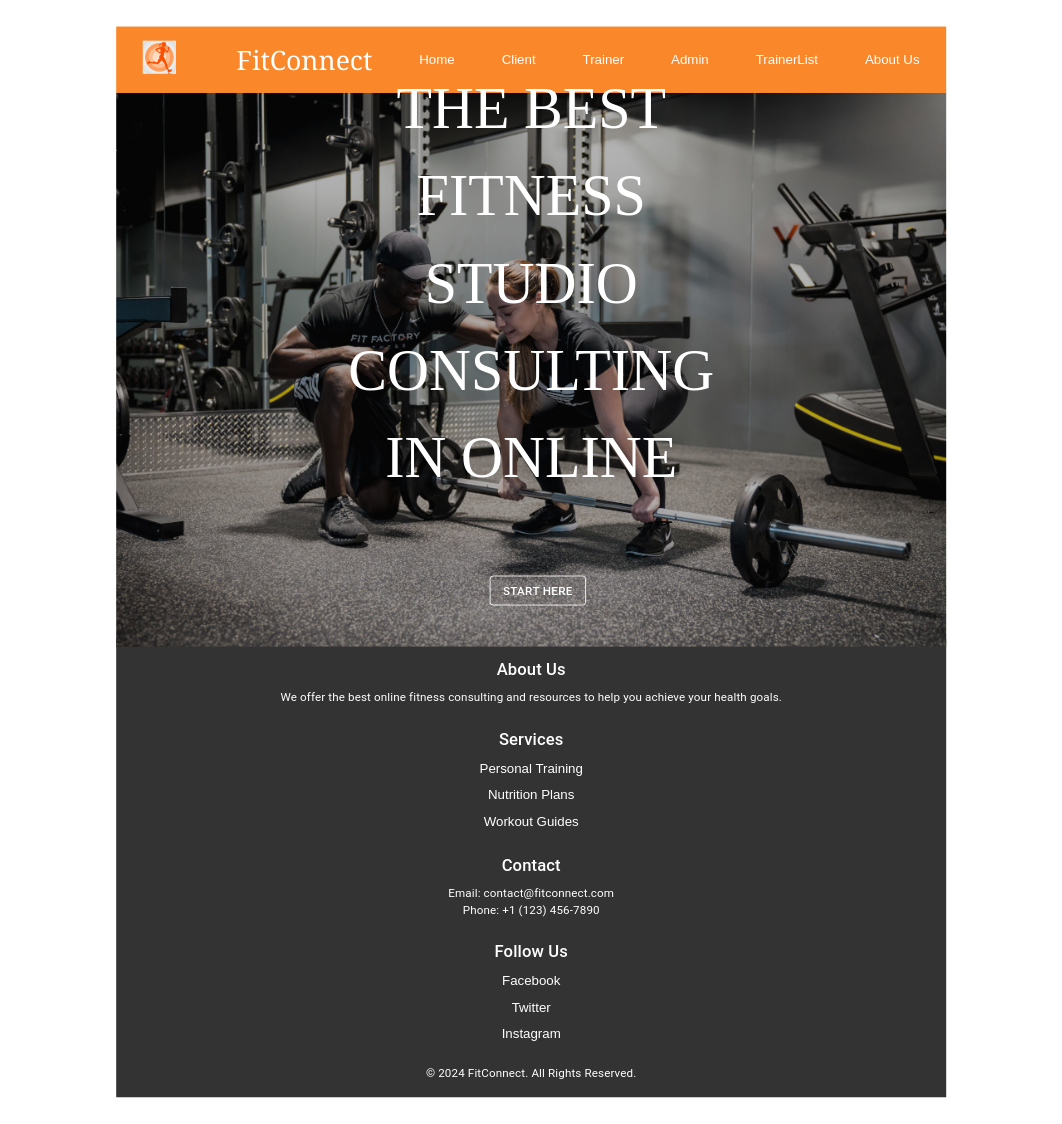
Repository: sarathraj2002/fitconnect
Page: / (app in Frontend/)
An editor plug-in stored every save of this project. The page is shown before and after the next save, followed by the edit.
The browser window is 1280 px wide. The pictures show the whole page, at 83% of full size.
The project was rebuilt for these pictures with package versions that can differ from the ones it lists, and the page was loaded fresh each time. Also part of the build but not shown: Frontend/vite.config.js, Frontend/src/components/ClientPage.jsx, Frontend/src/components/TrainerPage.jsx, Frontend/src/components/AdminPage.jsx, Frontend/src/components/TrainerListPage.jsx, Frontend/src/components/AboutUs.jsx, Frontend/src/components/ClientRegister.css, Frontend/src/components/ClientRegister.jsx and 1 more.

Above is the page before, as saved 2024-11-11 23:38:12.

After the next save:
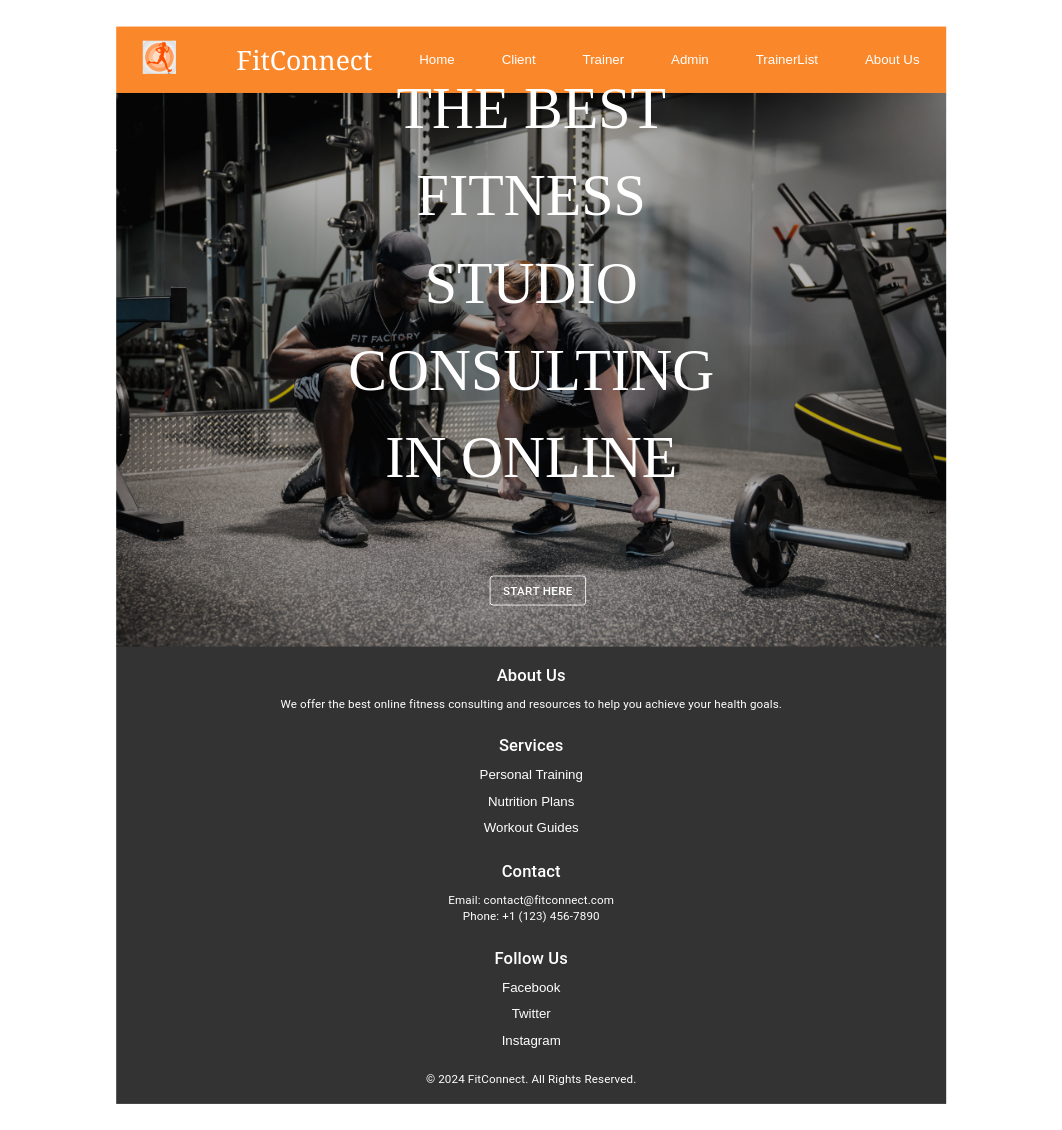
Saved 5 s later.
--- a/Frontend/src/components/Footer.jsx
+++ b/Frontend/src/components/Footer.jsx
@@ -11,7 +11,7 @@ const Footer = () => {
         color: 'white',
         padding: '20px 0',
         textAlign: 'center',
-        mt: -2
+        mt: -1
       }}
     >
       <Stack
